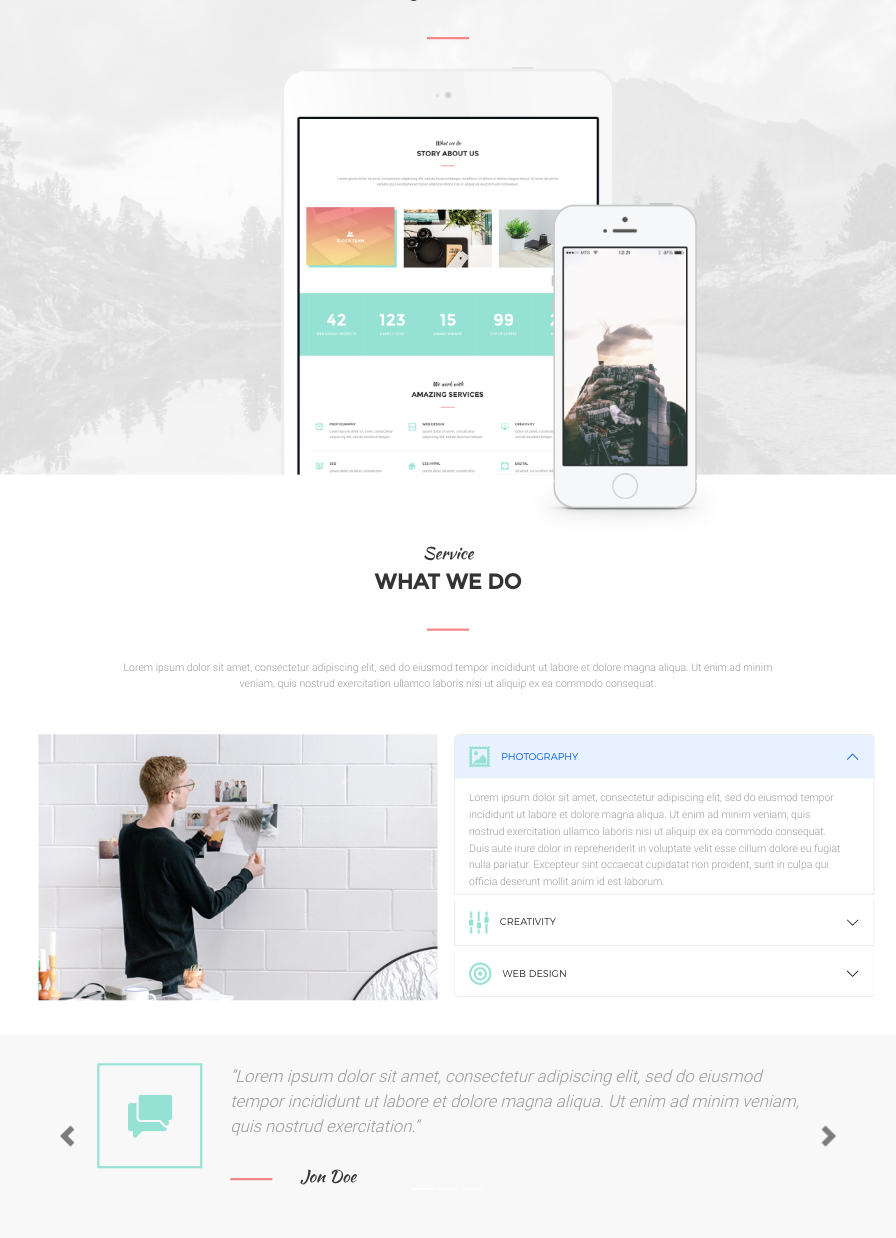
Repository: RaffiBarseghyan/mogo
Page: /
An editor plug-in stored every save of this project. The page is shown before and after a run of saves, followed by the edit.
The browser window is 1280 px wide. The pictures show the part of the page from y = 2750 to 4670 px (the page is 4518 px tall before and 4670 px after), at 70% of full size.
The project was rebuilt for these pictures with package versions that can differ from the ones it lists, and the page was loaded fresh each time. Also part of the build but not shown: src/Pages/WeAre/weAre.module.scss.

Above is the page before, as saved 2023-05-12 23:09:45.

After the next 3 saves:
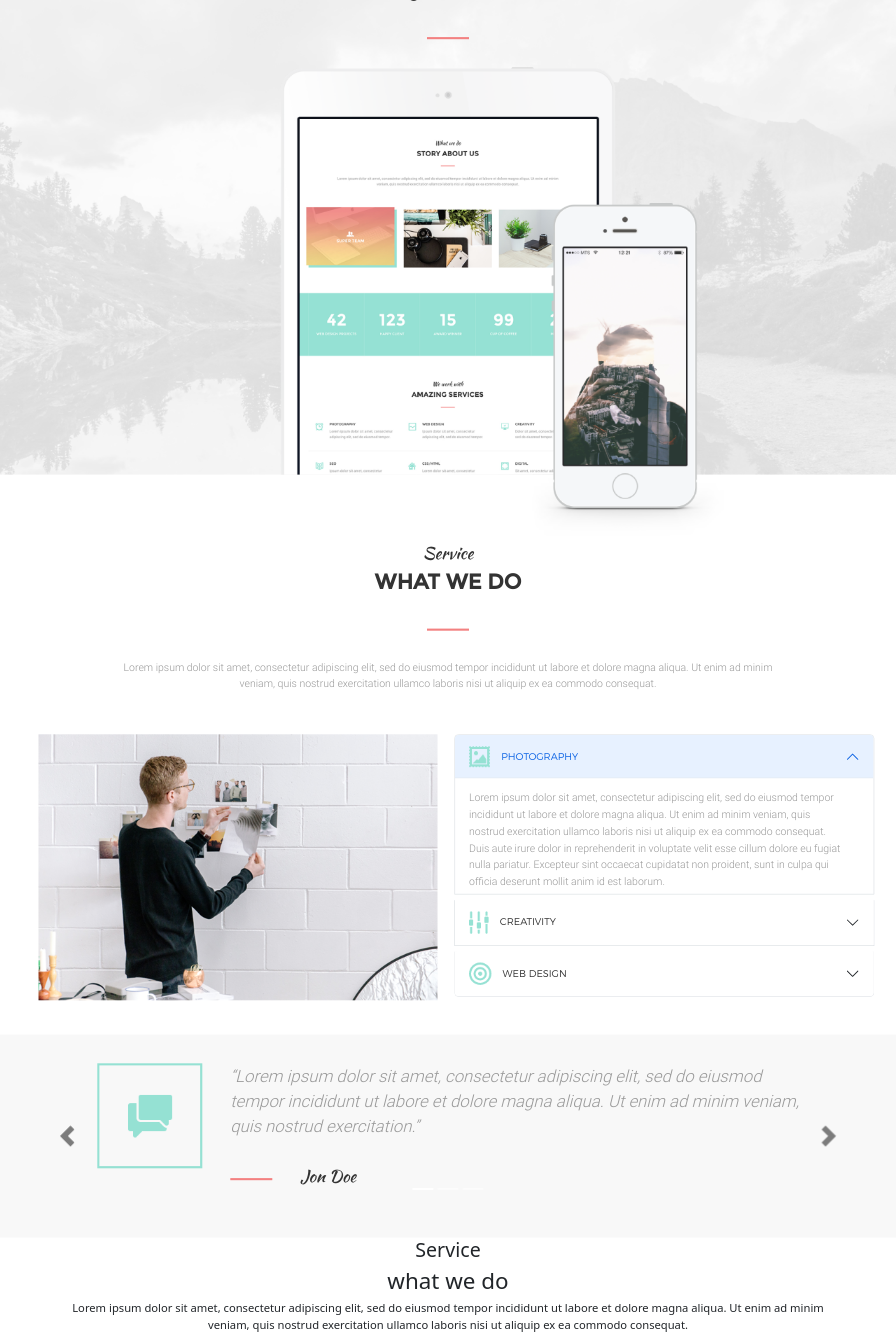
The 3 saves are shown as one change because they came seconds apart.
The last was saved 12 s later.
--- a/src/App.jsx
+++ b/src/App.jsx
@@ -6,6 +6,7 @@ import AboutUs from "./Pages/AboutUs/aboutUs";
 import WorkWith from "./Pages/WorkWith/workWith";
 import AllDevice from "./Pages/AllDevice/allDevice";
 import Service from "./Pages/ServicePage/service";
+import WeAre from "./Pages/WeAre/weAre";
 
 function App() {
   return (
@@ -15,6 +16,7 @@ function App() {
       <WorkWith />
       <AllDevice />
       <Service />
+      <WeAre />
     </div>
   );
 }
